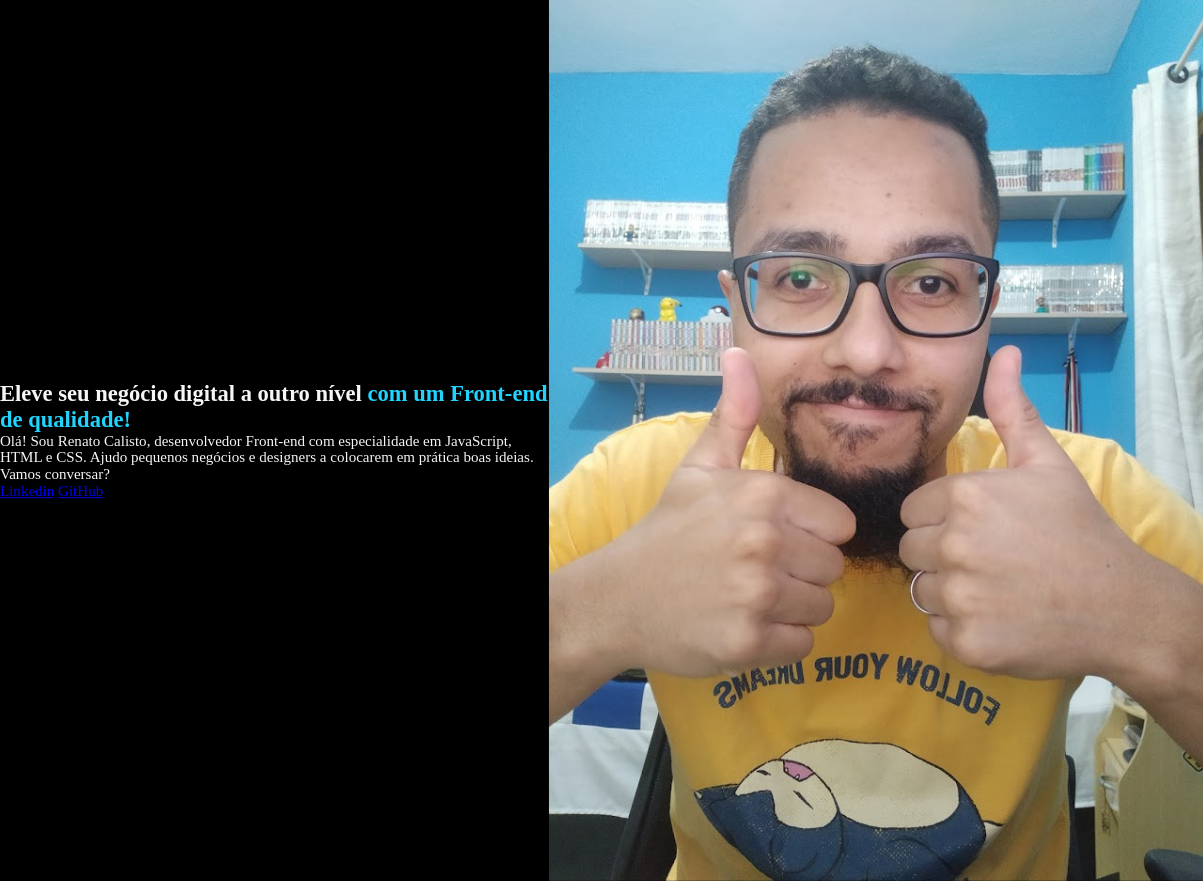
Repository: RenatoCCS/Portfolio_Alura
Page: index.html
An editor plug-in stored every save of this project. The page is shown before and after the next save, followed by the edit.
The browser window is 1280 px wide. The pictures show the whole page, at 94% of full size.

Above is the page before, as saved 2023-02-24 21:32:24.

### index.html
<!DOCTYPE html>
<html lang="pt-br">
  <head>
    <meta charset="UTF-8" />
    <meta http-equiv="X-UA-Compatible" content="IE=edge" />
    <meta name="viewport" content="width=device-width, initial-scale=1.0" />
    <title>Portfolio</title>
    <link rel="stylesheet" href="style.css" />
  </head>
  <body>
    <header></header>
    <main class="apresentacao">
      <section>
        <h1>
          Eleve seu negócio digital a outro nível
          <strong class="titulo-destaque">
            com um Front-end de qualidade!
          </strong>
        </h1>
        <p>
          Olá! Sou Renato Calisto, desenvolvedor Front-end com especialidade em
          JavaScript, HTML e CSS. Ajudo pequenos negócios e designers a
          colocarem em prática boas ideias. Vamos conversar?
        </p>
        <a href="https://www.linkedin.com/in/renatocalisto/">Linkedin</a>
        <a href="https://github.com/RenatoCCS">GitHub</a>
      </section>
      <img
        src="renato.jpg"
        alt="Renato fazendo sinal de positivo com ambas as mãos"
      />
    </main>
    <footer></footer>
  </body>
</html>

### style.css
* {
  margin: 0;
  padding: 0;
}

body {
  height: 100vh;
  box-sizing: border-box;
  background-color: #000000;
  color: #f6f6f6;
}

.titulo-destaque {
  color: #22d4fd;
}

.apresentacao {
  display: flex;
  align-items: center;
  justify-content: space-between;
}

After the next save:
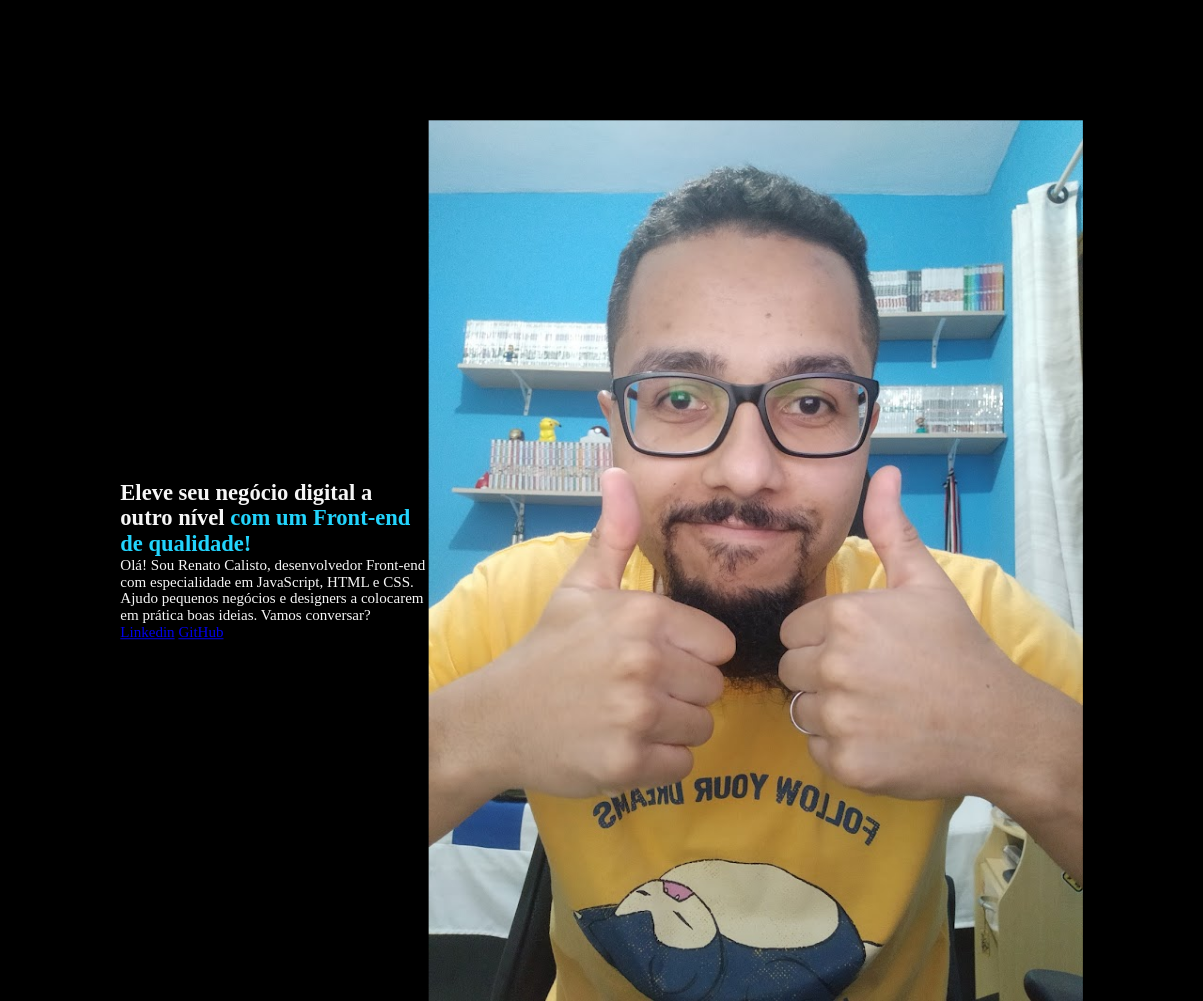
Saved 4 min 23 s later.
--- a/style.css
+++ b/style.css
@@ -15,6 +15,7 @@ body {
 }
 
 .apresentacao {
+  margin: 10%;
   display: flex;
   align-items: center;
   justify-content: space-between;
